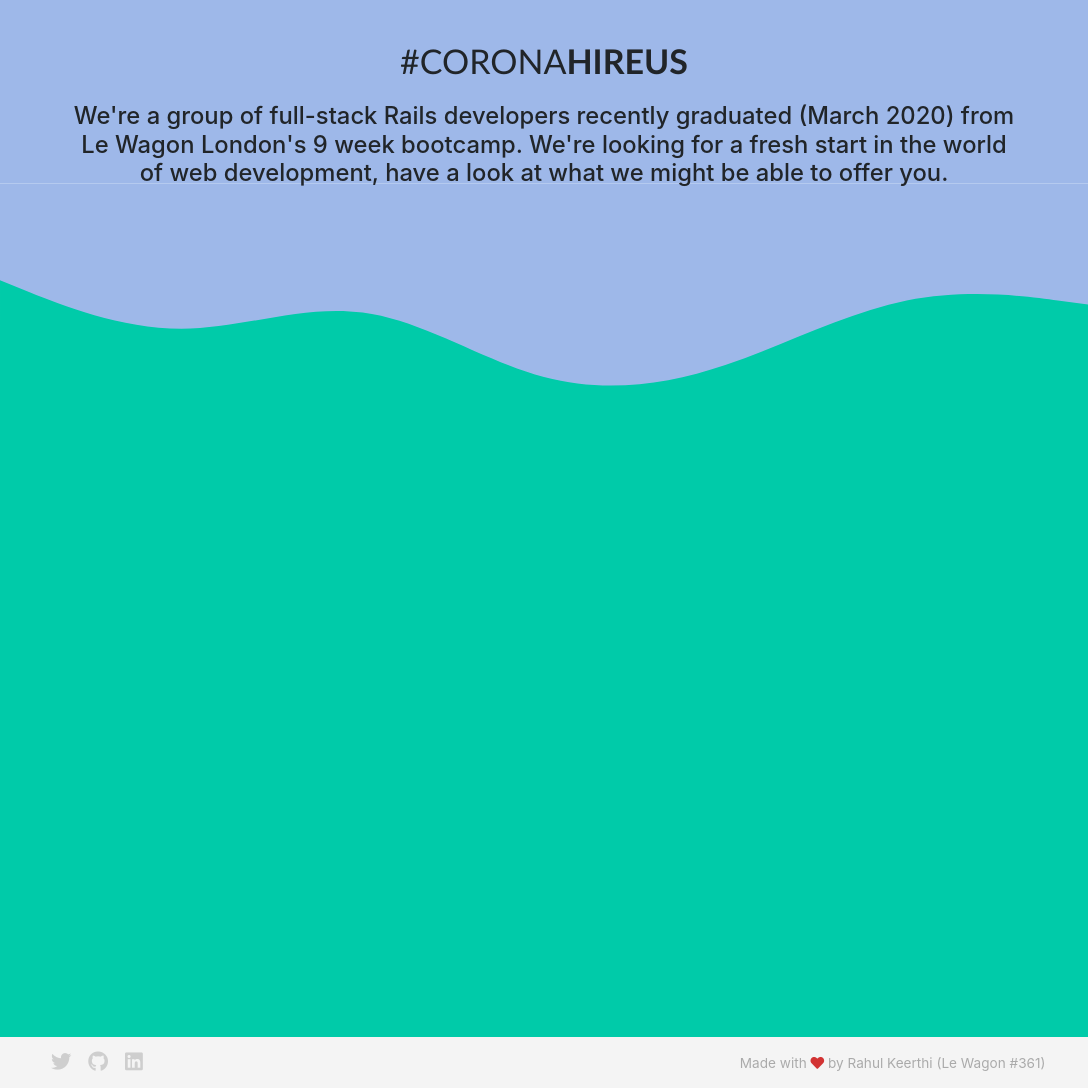
Repository: rahulkeerthi/coronahireus
Page: index.html
The author's editor kept a copy of each file at every save. The page is drawn from the files as they stood at one save, then again after a run of saves.
The browser window is 1280 px wide. The pictures show the whole page, at 85% of full size.
Some web libraries are served in a nearby version.

Above is the page before, as saved 2020-03-27 23:08:48.

### index.html
<!DOCTYPE html>
<html lang="en">
<head>
    <meta charset="UTF-8">
    <meta name="viewport" content="width=device-width, initial-scale=1.0">
    <meta http-equiv="X-UA-Compatible" content="IE=edge">
    <title>Corona-Hire-Us</title>
    <link rel="stylesheet" href="style.css">
    <script src="main.js" defer></script>
    <link rel="shortcut icon" href="data:[embedded picture, 18 characters]" type="image/x-icon">
    <link rel="stylesheet" href="https://use.fontawesome.com/releases/v5.0.10/css/all.css">
    <link rel="stylesheet" href="https://stackpath.bootstrapcdn.com/bootstrap/4.3.1/css/bootstrap.min.css">
  </head>
<body>
    <div>
        <div class="wrapper">
            <div class="sky text-center">
                <h1 class="pt-5">#CORONA<strong>HIREUS</strong></h1>
                <h3 class="container py-3">We're a group of full-stack Rails developers recently graduated (March 2020) from Le Wagon London's 9 week bootcamp. We're looking for a fresh start in the world of web development, have a look at what we might be able to offer you.</h3>
            </div>
            <div class="hills">
                <svg xmlns="http://www.w3.org/2000/svg" viewBox="0 0 1440 320"><path fill="#00cba9" fill-opacity="1" d="M0,128L40,144C80,160,160,192,240,192C320,192,400,160,480,170.7C560,181,640,235,720,256C800,277,880,267,960,240C1040,213,1120,171,1200,154.7C1280,139,1360,149,1400,154.7L1440,160L1440,320L1400,320C1360,320,1280,320,1200,320C1120,320,1040,320,960,320C880,320,800,320,720,320C640,320,560,320,480,320C400,320,320,320,240,320C160,320,80,320,40,320L0,320Z"></path></svg>
            </div>
            <div class="field">
            </div>
        </div>
    </div>
    <div class="footer">
        <div class="footer-links">
            <a href="https://twitter.com/CoronaHire"><i class="fab fa-twitter"></i></a>
            <a href="https://github.com/rahulkeerthi/coronahireus"><i class="fab fa-github"></i></a>
            <a href="#"><i class="fab fa-linkedin"></i></a>
        </div>
        <div class="footer-copyright">
          Made with <i class="fas fa-heart"></i> by Rahul Keerthi (Le Wagon #361)
        </div>
      </div>
</body>
</html>

### style.css
body p {
    font-family: 'Lucida Sans', 'Lucida Sans Regular', 'Lucida Grande', 'Lucida Sans Unicode', Geneva, Verdana, sans-serif;
}

body h1 {
    font-family: 'Gill Sans', 'Gill Sans MT', Calibri, 'Trebuchet MS', sans-serif;
}

body h2 {

}

.wrapper {
    /* position: relative; */
}

.sky {
    background-color: #9eb8e9;
    height: 30vh;
}

.hills {
    background-color: #9eb8e9;
}

.field {
    background-color: #00cba9;
    height: 100vh;
}

/* FOOTER, BASED ON LE WAGON UI KIT */

.footer {
    background: #F4F4F4;
    display: flex;
    align-items: center;
    justify-content: space-between;
    height: 60px;
    padding: 0px 50px;
    color: rgba(0,0,0,0.3);
  }
  .footer-links {
    display: flex;
    align-items: center;
  }
  .footer-links a {
    color: black;
    opacity: 0.15;
    text-decoration: none;
    font-size: 24px;
    padding: 0px 10px;
  }
  .footer-links a:hover {
    color: #016151;
    opacity: 1;
  }
  .footer .fa-heart {
    color: #D23333;
  }

Loaded but not shown: main.js (no copy from this time; the picture is the same without it)

After the next 4 saves:
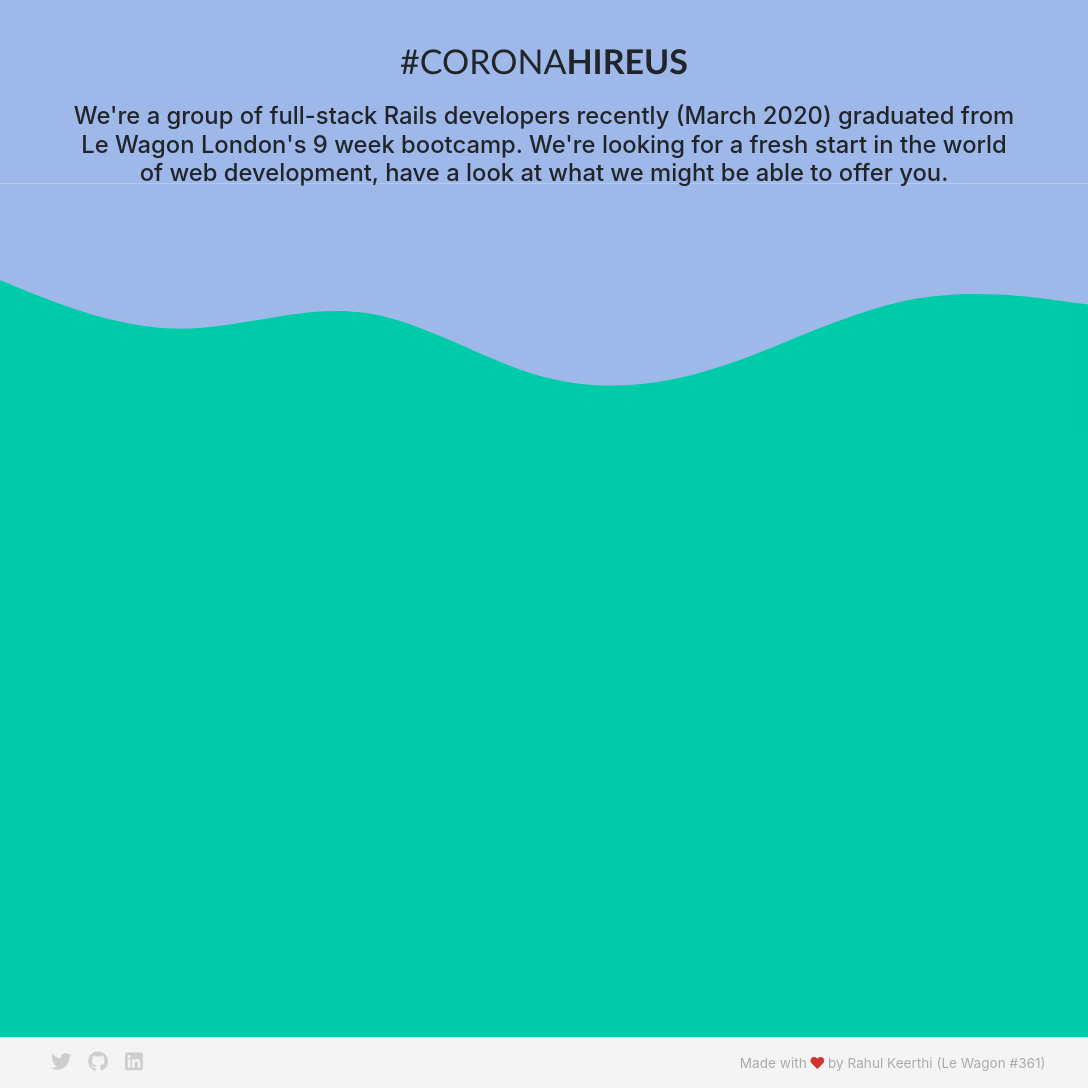
The 4 saves are shown as one change because they came seconds apart.
The last was saved 19 s later.
--- a/index.html
+++ b/index.html
@@ -16,7 +16,7 @@
         <div class="wrapper">
             <div class="sky text-center">
                 <h1 class="pt-5">#CORONA<strong>HIREUS</strong></h1>
-                <h3 class="container py-3">We're a group of full-stack Rails developers recently graduated (March 2020) from Le Wagon London's 9 week bootcamp. We're looking for a fresh start in the world of web development, have a look at what we might be able to offer you.</h3>
+                <h3 class="container py-3">We're a group of full-stack Rails developers recently (March 2020) graduated from Le Wagon London's 9 week bootcamp. We're looking for a fresh start in the world of web development, have a look at what we might be able to offer you.</h3>
             </div>
             <div class="hills">
                 <svg xmlns="http://www.w3.org/2000/svg" viewBox="0 0 1440 320"><path fill="#00cba9" fill-opacity="1" d="M0,128L40,144C80,160,160,192,240,192C320,192,400,160,480,170.7C560,181,640,235,720,256C800,277,880,267,960,240C1040,213,1120,171,1200,154.7C1280,139,1360,149,1400,154.7L1440,160L1440,320L1400,320C1360,320,1280,320,1200,320C1120,320,1040,320,960,320C880,320,800,320,720,320C640,320,560,320,480,320C400,320,320,320,240,320C160,320,80,320,40,320L0,320Z"></path></svg>
